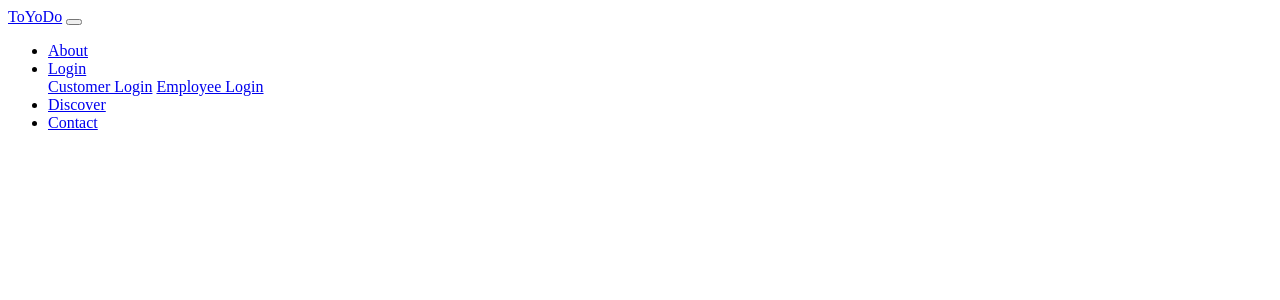
Repository: hrishibhattu/CodeFury-Internal-2
Page: ToYoDo/WebContent/WEB-INF/nav/indexNav.html
These files come from the project's save history. The page is drawn as it stood at one moment and after the next save; the edit follows.
The browser window is 1280 px wide. The pictures show the whole page.

Above is the page before, as saved 2021-09-17 21:58:48.

### ToYoDo/WebContent/WEB-INF/nav/indexNav.html
<nav class="navbar navbar-expand-lg navbar-light bg-light">
  <a class="navbar-brand" href="/ToYoDo/JSP/index.jsp">ToYoDo</a>
  <button class="navbar-toggler" type="button" data-toggle="collapse" data-target="#navbarSupportedContent" aria-controls="navbarSupportedContent" aria-expanded="false" aria-label="Toggle navigation">
    <span class="navbar-toggler-icon"></span>
  </button>

  <div class="collapse navbar-collapse" id="navbarSupportedContent">
    <ul class="navbar-nav mr-auto">
      <li class="nav-item">
        <a class="nav-link" href="#">About</a>
      </li>
      <li class="nav-item dropdown">
        <a class="nav-link dropdown-toggle" href="#" id="navbarDropdownMenuLink" data-toggle="dropdown" aria-haspopup="true" aria-expanded="false">
          Login
        </a>
        <div class="dropdown-menu" aria-labelledby="navbarDropdownMenuLink">
          <a class="dropdown-item" href="/ToYoDo/JSP/customerLogin.jsp">Customer Login</a>
          <a class="dropdown-item" href="/ToYoDo/JSP/employeeLogin.jsp">Employee Login</a>
        </div>
      </li>
      <li class="nav-item">
        <a class="nav-link" href="#">Discover</a>
      </li>
      <li class="nav-item">
        <a class="nav-link" href="#">Contact</a>
      </li>
    </ul>
  </div>
</nav>

After the next save:
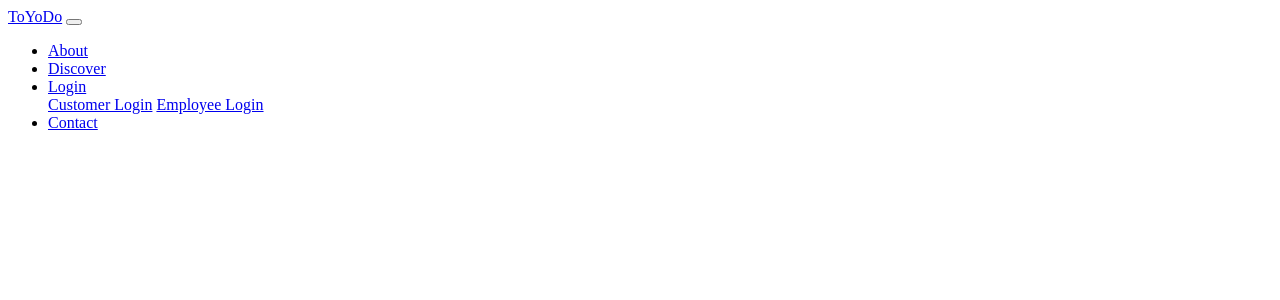
Saved 34 s later.
--- a/ToYoDo/WebContent/WEB-INF/nav/indexNav.html
+++ b/ToYoDo/WebContent/WEB-INF/nav/indexNav.html
@@ -9,6 +9,9 @@
       <li class="nav-item">
         <a class="nav-link" href="#">About</a>
       </li>
+      <li class="nav-item">
+        <a class="nav-link" href="#">Discover</a>
+      </li>
       <li class="nav-item dropdown">
         <a class="nav-link dropdown-toggle" href="#" id="navbarDropdownMenuLink" data-toggle="dropdown" aria-haspopup="true" aria-expanded="false">
           Login
@@ -19,9 +22,6 @@
         </div>
       </li>
       <li class="nav-item">
-        <a class="nav-link" href="#">Discover</a>
-      </li>
-      <li class="nav-item">
         <a class="nav-link" href="#">Contact</a>
       </li>
     </ul>
